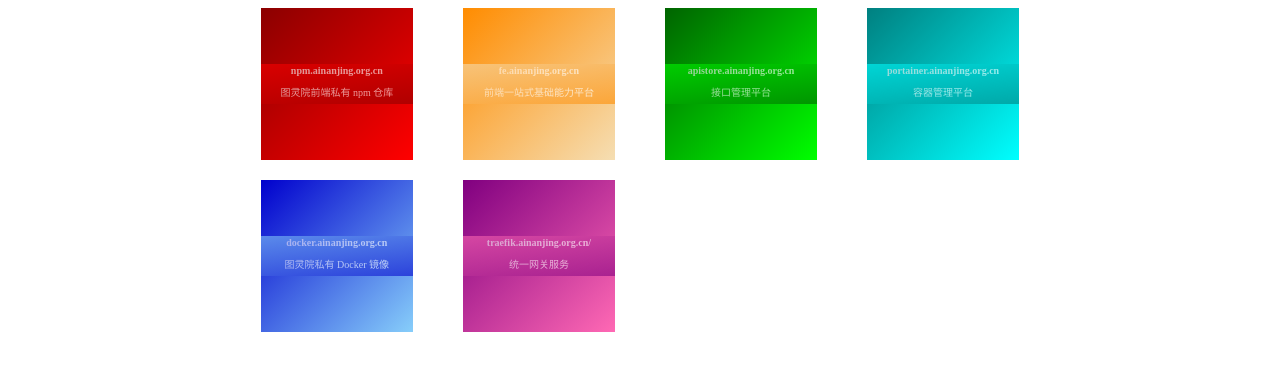
Repository: heweiwei1/portainer
Page: index.html
The author's editor kept a copy of each file at every save. The page is drawn from the files as they stood at one save, then again after the next save.
The browser window is 1280 px wide. The pictures show the whole page.

Above is the page before, as saved 2021-04-13 18:10:55.

After the next save:
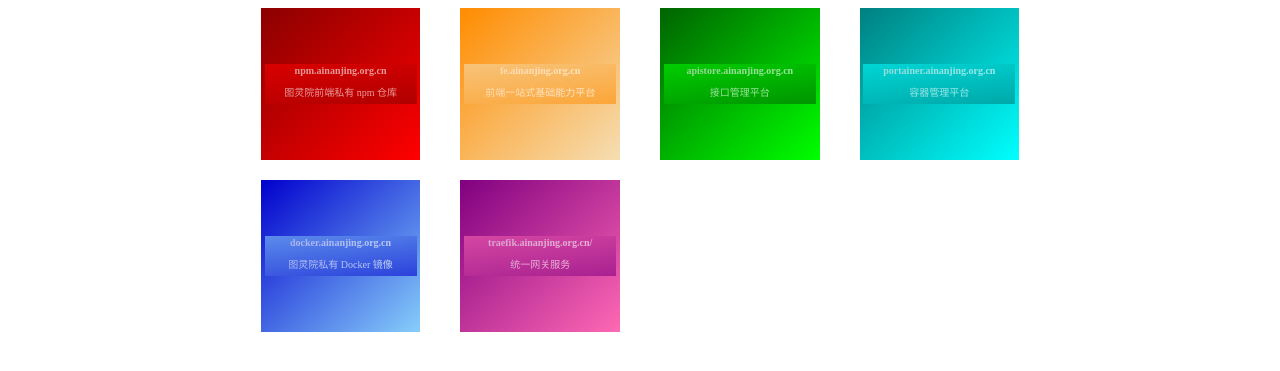
Saved 4 min 25 s later.
--- a/index.css
+++ b/index.css
@@ -14,13 +14,13 @@ a {
   display: flex;
   flex-direction: column;
   align-items: center;
-  width: calc((100% - 150px) / 4);
+  width: calc((100% - 120px) / 4);
   height: 152px;
   margin-bottom: 20px;
   font-size: 10px;
 }
 .demo a:not(:nth-child(4n)){
-  margin-right: 50px;
+  margin-right: 40px;
 }
 .trans {
   position:absolute;
